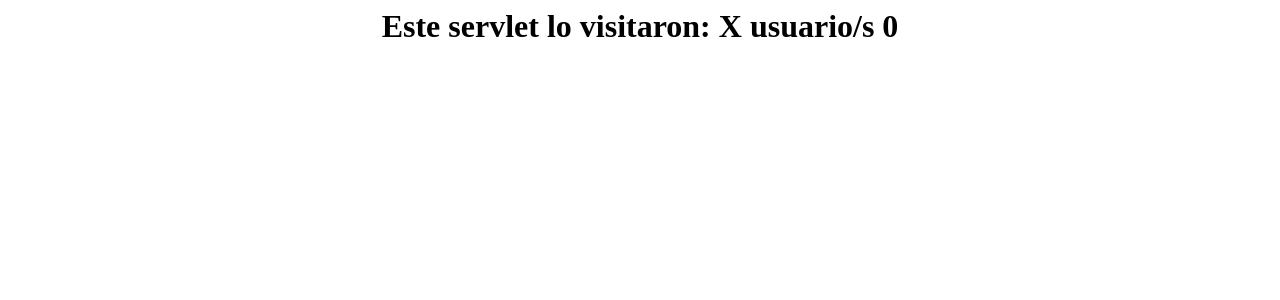
Repository: felipeverdugo/Java-y-Aplicaciones-Avanzadas-sobre-Internet
Page: http://localhost/Practica1Web40/ContadorVisitas
These files come from the project's save history. The page is drawn as it stood at one moment and after the next save; the edit follows.
The browser window is 1280 px wide. The pictures show the whole page.
The page is served by Tomcat 10. Other server files are loaded and not shown.

Above is the page before, as saved 2024-03-20 11:45:39.

### work/Practica1Web40/src/main/java/misServlets/ContadorVisitas.java
package misServlets;

import java.io.IOException;
import java.io.PrintWriter;

import jakarta.servlet.ServletContext;

/**
 * Servlet implementation class ContadorVisitas
 */


import jakarta.servlet.ServletException;
import jakarta.servlet.annotation.WebServlet;
import jakarta.servlet.http.HttpServlet;
import jakarta.servlet.http.HttpServletRequest;
import jakarta.servlet.http.HttpServletResponse;
@WebServlet("/ContadorVisitas")
public class ContadorVisitas extends HttpServlet {
	private static final long serialVersionUID = 1L;

    /**
     * Default constructor.
     */
    public ContadorVisitas() {
        // TODO Auto-generated constructor stub
    }

	/**
	 * @see HttpServlet#doGet(HttpServletRequest request, HttpServletResponse response)
	 */
	protected void doGet(HttpServletRequest request, HttpServletResponse response) throws ServletException, IOException {
		// TODO Auto-generated method stub
		ServletContext context = getServletContext();
		String valor = context.getInitParameter("nombreParametro");
		context.log(valor);

		response.setContentType("text/html");

		int cont = 0;

		PrintWriter out=response.getWriter();
		out.println("<HTML>");
		out.println("<HEAD>");
		out.println("<TITLE> Hola Mundo </TITLE>");
		out.println("</HEAD>");
		out.println("<BODY>");
		out.println("<CENTER> <H1> Este servlet lo visitaron: X usuario/s "+ cont + " </H1> </CENTER>");
		out.println("</BODY>");
		out.println("</HTML>");

		out.close();




	}

	/**
	 * @see HttpServlet#doPost(HttpServletRequest request, HttpServletResponse response)
	 */
	protected void doPost(HttpServletRequest request, HttpServletResponse response) throws ServletException, IOException {
		// TODO Auto-generated method stub
		doGet(request, response);
	}

}

After the next save:
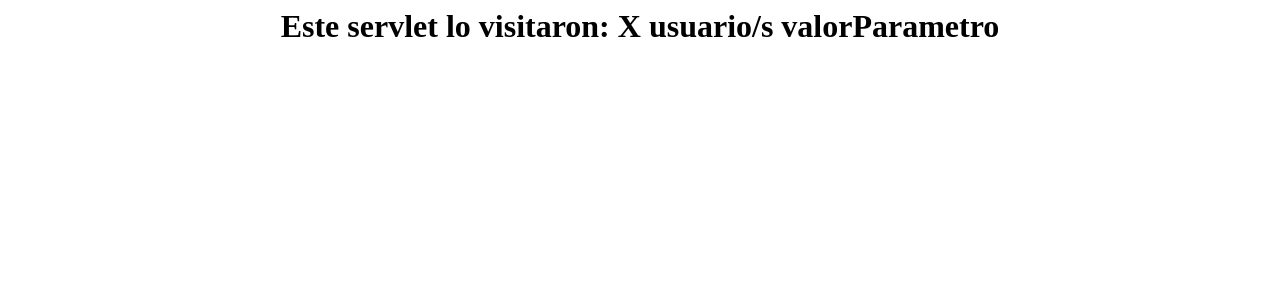
Saved 37 s later.
--- a/work/Practica1Web40/src/main/java/misServlets/ContadorVisitas.java
+++ b/work/Practica1Web40/src/main/java/misServlets/ContadorVisitas.java
@@ -37,7 +37,7 @@ public class ContadorVisitas extends HttpServlet {
 
 		response.setContentType("text/html");
 
-		int cont = 0;
+
 
 		PrintWriter out=response.getWriter();
 		out.println("<HTML>");
@@ -45,7 +45,7 @@ public class ContadorVisitas extends HttpServlet {
 		out.println("<TITLE> Hola Mundo </TITLE>");
 		out.println("</HEAD>");
 		out.println("<BODY>");
-		out.println("<CENTER> <H1> Este servlet lo visitaron: X usuario/s "+ cont + " </H1> </CENTER>");
+		out.println("<CENTER> <H1> Este servlet lo visitaron: X usuario/s "+ valor + " </H1> </CENTER>");
 		out.println("</BODY>");
 		out.println("</HTML>");
 
